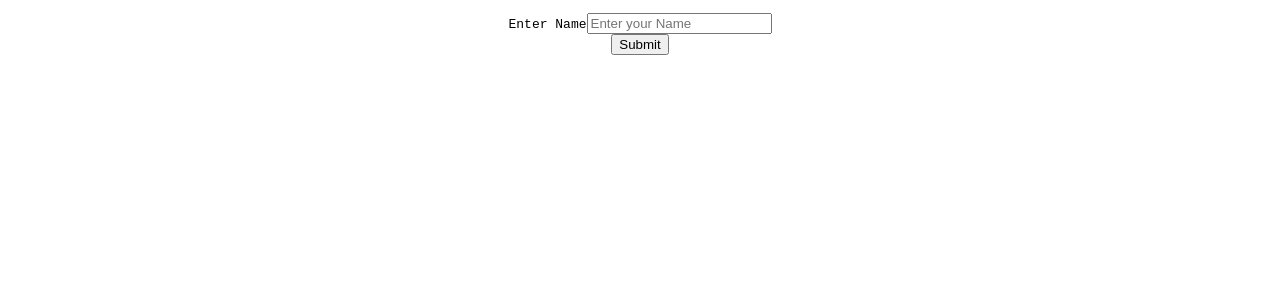
Repository: NarenD12/ProgramsFromTraining
Page: BankApp/WebContent/NewAccount.html
An editor plug-in stored every save of this project. The page is shown before and after the next save, followed by the edit.
The browser window is 1280 px wide. The pictures show the whole page.

Above is the page before, as saved 2023-09-22 15:54:45.

After the next save:
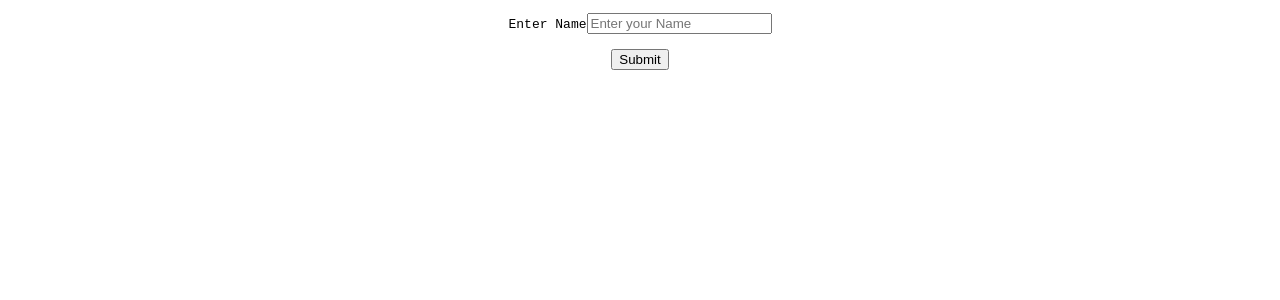
Saved 14 s later.
--- a/BankApp/WebContent/NewAccount.html
+++ b/BankApp/WebContent/NewAccount.html
@@ -10,7 +10,7 @@ body {text-align: center;}
 <body>
 <form action="CreateAccount" method="post">
 <pre>
-Enter Name<input type="text" name="name" placeholder="Enter your Name">
+Enter Name<input type="text" name="name" placeholder="Enter your Name"><br>
 <input type="submit">
 </pre>
 </form>
